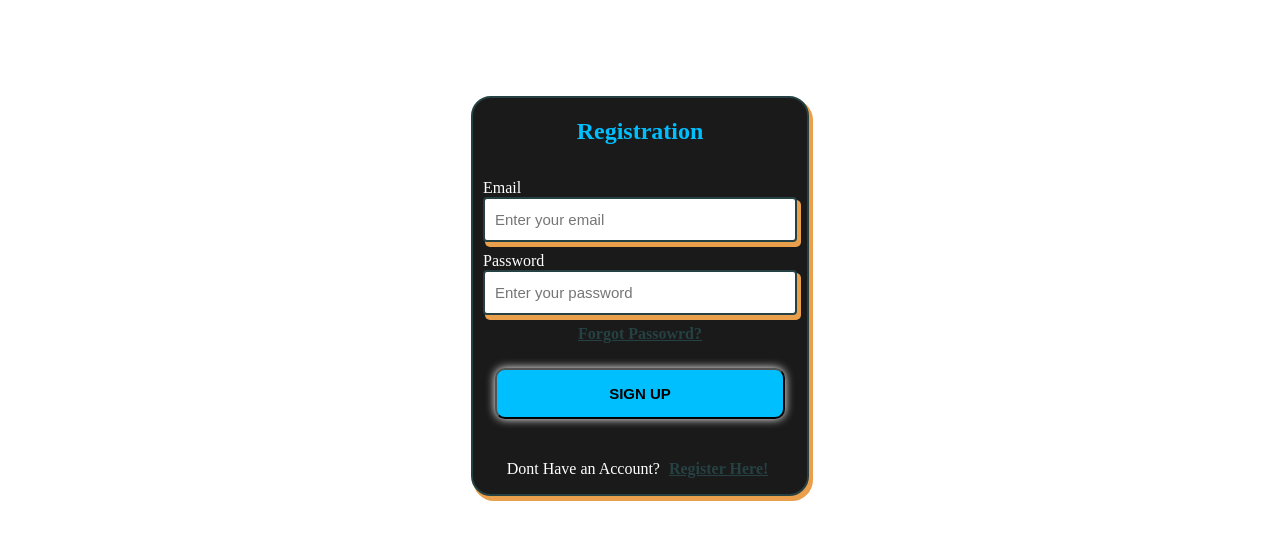
Repository: PeruriNaresh/Bank_Project
Page: http://localhost/bank_project/
These files come from the project's save history. The page is drawn as it stood at one moment and after the next save; the edit follows.
The browser window is 1280 px wide. The pictures show the whole page.
The page is served by Tomcat 9.

Above is the page before, as saved 2024-10-24 14:45:42.

After the next save:
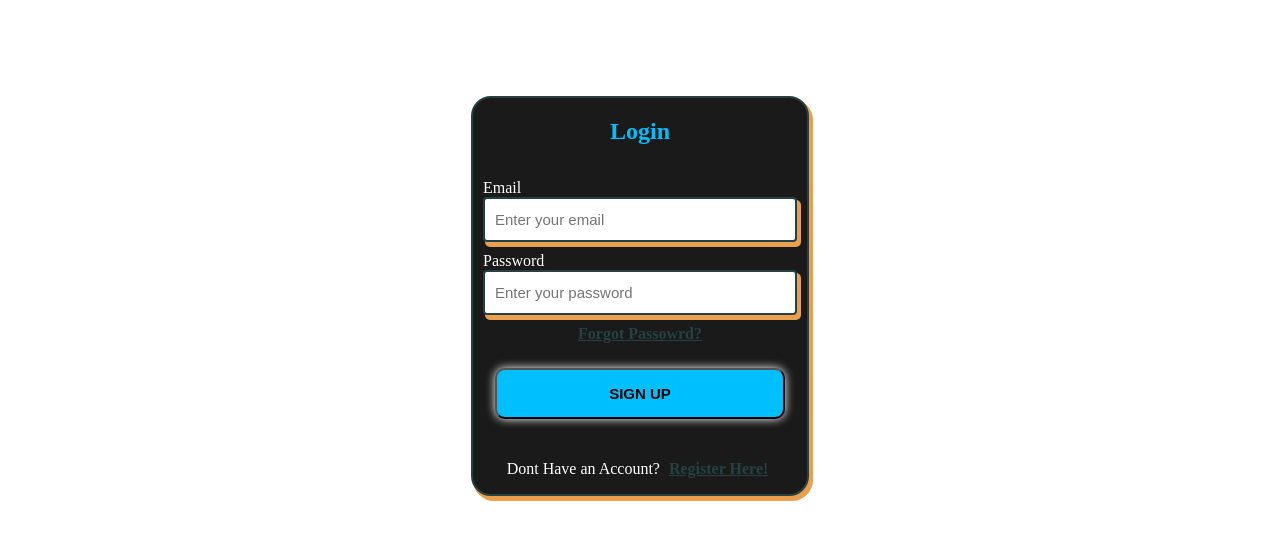
Saved 24 min 1 s later.
--- a/bank_project/src/main/webapp/index.jsp
+++ b/bank_project/src/main/webapp/index.jsp
@@ -4,7 +4,7 @@
 <html>
 <head>
 <meta charset="UTF-8">
-<title>Insert title here</title>
+<title>Login</title>
 </head>
 <style>
 /* From Uiverse.io by mi-series */
@@ -87,8 +87,8 @@
 <body>
 <div class="container">
     <div class="form_area">
-        <p class="title">Registration</p>
-        <form action="register">
+        <p class="title">Login</p>
+        <form action="signin">
             <div class="form_group">
                 <label class="sub_title" for="email">Email</label>
                 <input placeholder="Enter your email" id="email" class="form_style" type="email">
